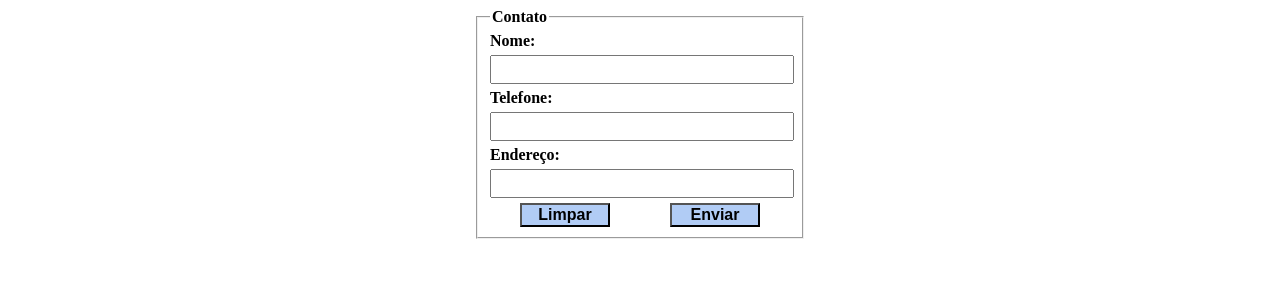
Repository: Ro4ever/ProjetoTrilhaWeb
Page: exemploServlet/src/main/webapp/contato.html
These files come from the project's save history. The page is drawn as it stood at one moment and after the next save; the edit follows.
The browser window is 1280 px wide. The pictures show the whole page.

Above is the page before, as saved 2024-03-21 23:45:57.

### exemploServlet/src/main/webapp/contato.html
<!DOCTYPE html>
<html>
<head>
<meta charset="UTF-8">
<link rel="stylesheet" type="text/css" href="style.css">
<title>Insert title here</title>
</head>
<body>
<section>
	<form>
	 <fieldset class="faleConosco">
         <legend>Contato</legend>
         <label for="nome">Nome: </label>
         <input type="text" name="txtnome" id="nome">
         <label for="fone">Telefone: </label>
         <input type="text" name="txtfone" id="fone">
         <label for="text">Endereço: </label>
         <input type="text" name="txtendereco" id="endereco">
		 <button type="reset">Limpar</button><button type="submit">Enviar</button>
      </fieldset>
	</form>
</section>
</body>
</html>

### exemploServlet/src/main/webapp/style.css
@charset "UTF-8";
.faleConosco{
    width: 300px;
    margin: 0px auto;
    font-weight: bold;
    margin-bottom: 10px;
}

.faleConosco input, .faleConosco textarea, .faleConosco select{
    margin: 5px auto;
    width: 100%;
    padding: 5px 0;
}

.faleConosco textarea{
    height: 100px;
    resize: none;
}

.faleConosco button{
    width: 30%;
    margin: 0 10%;
    background-color: #b1ccf5;
    font-weight: bold;
    font-size: 16px;
}

After the next save:
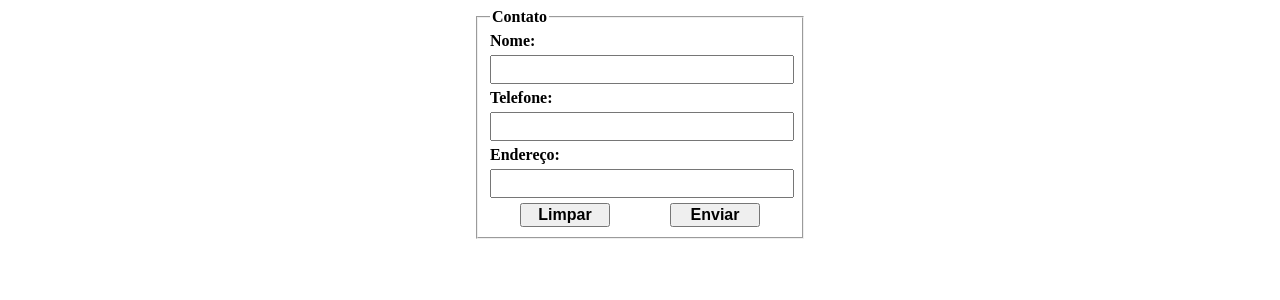
Saved 28 s later.
--- a/exemploServlet/src/main/webapp/style.css
+++ b/exemploServlet/src/main/webapp/style.css
@@ -20,7 +20,6 @@
 .faleConosco button{
     width: 30%;
     margin: 0 10%;
-    background-color: #b1ccf5;
     font-weight: bold;
     font-size: 16px;
 }
